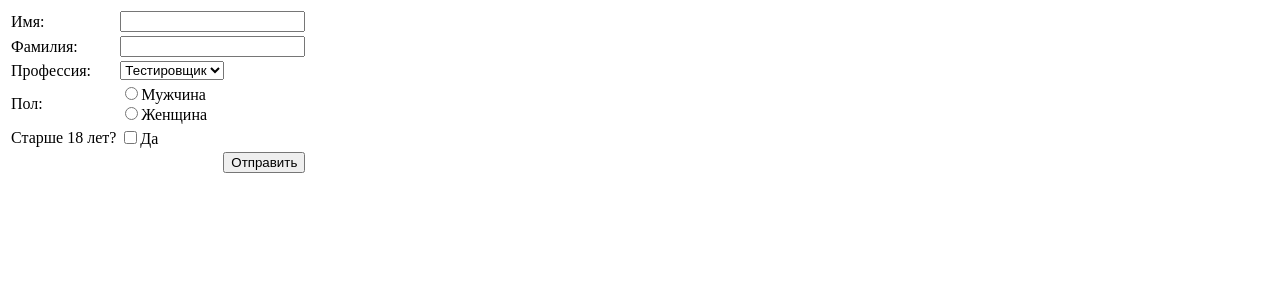
Repository: Marat1988/ExampleProgrammingLanguage
Page: Java/JavaEE/WebApp/src/main/webapp/NewFile.html
These files come from the project's save history. The page is drawn as it stood at one moment and after the next save; the edit follows.
The browser window is 1280 px wide. The pictures show the whole page.

Above is the page before, as saved 2023-08-16 12:04:40.

### Java/JavaEE/WebApp/src/main/webapp/NewFile.html
<!DOCTYPE html>
<html>
<head>
<meta charset="UTF-8">
<title>Form params in JSP</title>
</head>
<body>
	<form method="GET" action="MyServlet">
		<table>
			<tr>
				<td>Имя:</td>
				<td><input type="text" name="firstName"></td>
			</tr>
			<tr>
				<td>Фамилия:</td>
				<td><input type="text" name="secondName"></td>
			</tr>
			<tr>
				<td>Профессия:</td>
				<td>
					<select name="job">
						<option value="Developer">Разработчик</option>
						<option selected value="Tester">Тестировщик</option>
						<option value="Analyst">Аналитик</option>
					</select>

				</td>
			</tr>
			<tr>
				<td>Пол:</td>
				<td>
					<input type="radio" name="gender" value="М">Мужчина</input><br>
					<input type="radio" name="gender" value="Ж">Женщина</input>
				</td>
			</tr>
			<tr>
				<td>Старше 18 лет?</td>
				<td>
					<input type="checkbox" name="age18" value="Да">Да</input><br>
				</td>
			</tr>
			<tr>
				<td align="right" colspan="2"><input type="submit" value="Отправить"></td>
			</tr>
		</table>
	</form>
</body>
</html>

After the next save:
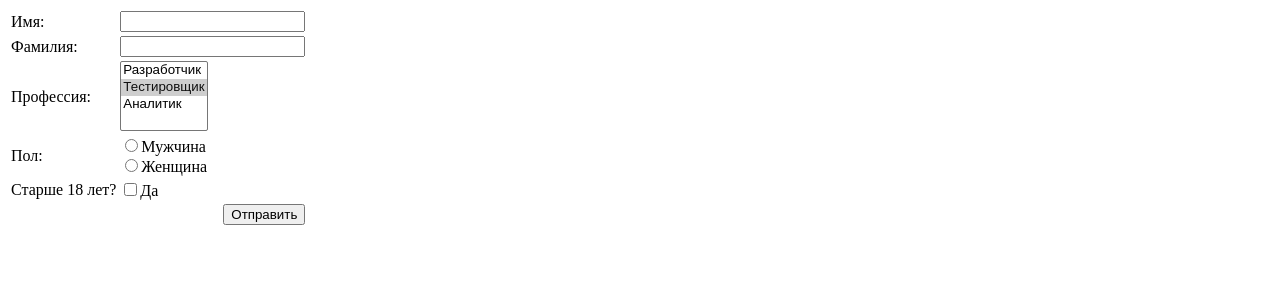
Saved 52 s later.
--- a/Java/JavaEE/WebApp/src/main/webapp/NewFile.html
+++ b/Java/JavaEE/WebApp/src/main/webapp/NewFile.html
@@ -18,7 +18,7 @@
 			<tr>
 				<td>Профессия:</td>
 				<td>
-					<select name="job">
+					<select name="job" multiple size="4">
 						<option value="Developer">Разработчик</option>
 						<option selected value="Tester">Тестировщик</option>
 						<option value="Analyst">Аналитик</option>
